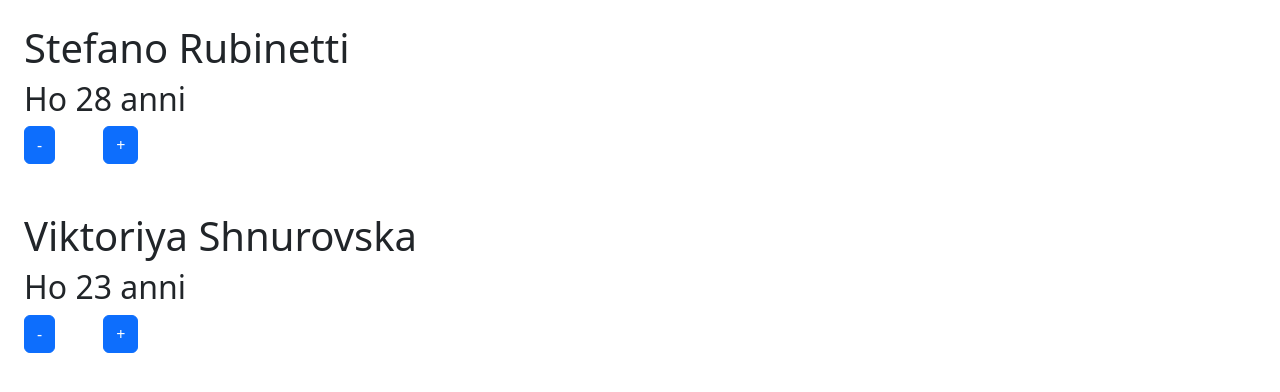
Repository: rubinettiStefano/spieg
Page: /
The author's editor kept a copy of each file at every save. The page is drawn from the files as they stood at one save, then again after a run of saves.
The browser window is 1280 px wide. The pictures show the whole page.
The project was rebuilt for these pictures with package versions that can differ from the ones it lists, and the page was loaded fresh each time. Also part of the build but not shown: src/Subject.jsx.

Above is the page before, as saved 2024-03-27 12:16:04.

### src/App.js
import { useState } from "react";
import Person from "./Person";
import Subject from "./Subject";
import 'bootstrap/dist/css/bootstrap.css';

function App()
{

  let [people,setPeople] =useState([
    {
      name:"Stefano",
      surname:"Rubinetti",
      age:28
    },
    {
      name:"Viktoriya",
      surname:"Shnurovska",
      age:23
    }
  ]);

  return (
    <>
      {people.map(person=><Person {...person}/>)}
    </>
  );
}

export default App;

### src/Person.jsx
import { useState } from "react";

export default function Person(props)
{

    const handleAgeChange = (e)=>
    {
        let elementName = e.target.name;

        if(elementName=="bottoncino-")
        {
            let newMe = {...me};
            newMe.age = me.age-1;
            setMe(newMe);
        }

        if(elementName=="bottoncino+")
        {
            let newMe = {...me};
            newMe.age = me.age+1;
            setMe(newMe);
        }


    }



    return(
        <div className="p-4">
            <h1>{props.name} {props.surname}</h1>

            <h2>Ho {props.age} anni</h2>

            <button name="bottoncino-" className="btn btn-primary" onClick={handleAgeChange}>-</button>
            <button name="bottoncino+" className="btn btn-primary ms-5"  onClick={handleAgeChange}>+</button>
        </div>

    )
}

Loaded but not shown: public/index.html (common file); src/index.js (common file); src/index.css (common file); src/reportWebVitals.js (common file)

After the next 2 saves:
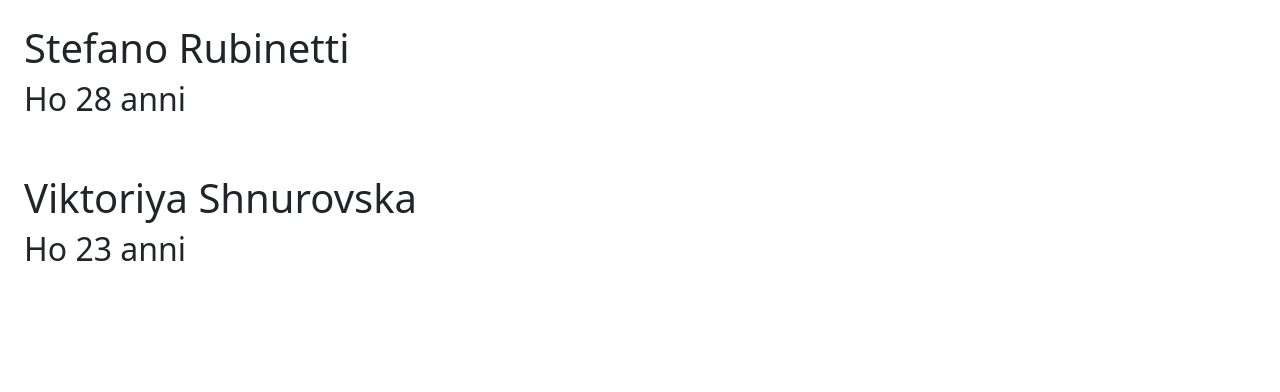
The 2 saves are shown as one change because 1 did not build or start.
The last was saved 27 s later.
--- a/src/Person.jsx
+++ b/src/Person.jsx
@@ -3,26 +3,26 @@
 export default function Person(props)
 {
 
-    const handleAgeChange = (e)=>
-    {
-        let elementName = e.target.name;
+    // const handleAgeChange = (e)=>
+    // {
+    //     let elementName = e.target.name;
 
-        if(elementName=="bottoncino-")
-        {
-            let newMe = {...me};
-            newMe.age = me.age-1;
-            setMe(newMe);
-        }
+    //     if(elementName=="bottoncino-")
+    //     {
+    //         let newMe = {...me};
+    //         newMe.age = me.age-1;
+    //         setMe(newMe);
+    //     }
 
-        if(elementName=="bottoncino+")
-        {
-            let newMe = {...me};
-            newMe.age = me.age+1;
-            setMe(newMe);
-        }
+    //     if(elementName=="bottoncino+")
+    //     {
+    //         let newMe = {...me};
+    //         newMe.age = me.age+1;
+    //         setMe(newMe);
+    //     }
 
 
-    }
+    // }
 
 
 
@@ -32,8 +32,8 @@
 
             <h2>Ho {props.age} anni</h2>
 
-            <button name="bottoncino-" className="btn btn-primary" onClick={handleAgeChange}>-</button>
-            <button name="bottoncino+" className="btn btn-primary ms-5"  onClick={handleAgeChange}>+</button>
+            {/* <button name="bottoncino-" className="btn btn-primary" onClick={handleAgeChange}>-</button>
+            <button name="bottoncino+" className="btn btn-primary ms-5"  onClick={handleAgeChange}>+</button> */}
         </div>
 
     )

After the 5 saves that followed:
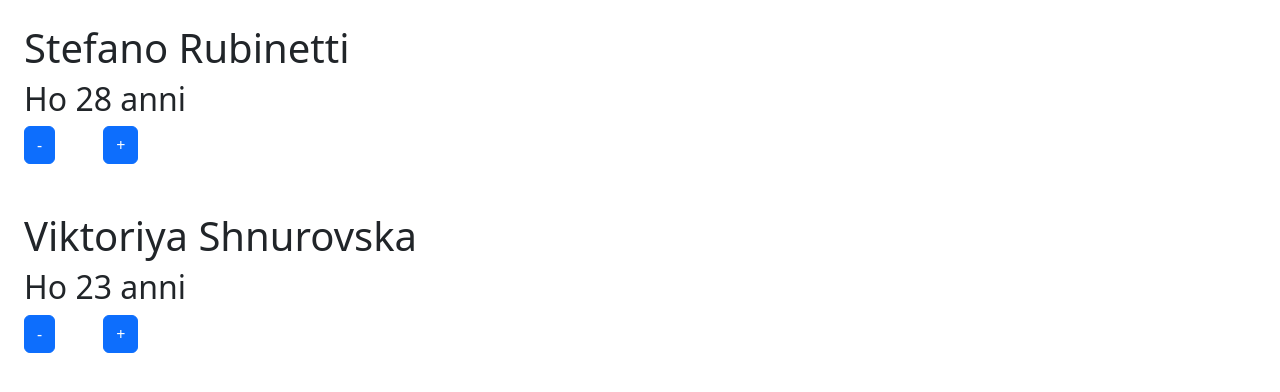
The 5 saves are shown as one change because 4 left the picture as it was.
The last was saved 7 min 43 s later.
--- a/src/App.js
+++ b/src/App.js
@@ -8,20 +8,31 @@ function App()
 
   let [people,setPeople] =useState([
     {
+      id:1,
       name:"Stefano",
       surname:"Rubinetti",
       age:28
     },
     {
+      id:2,
       name:"Viktoriya",
       surname:"Shnurovska",
       age:23
     }
   ]);
 
+  function changeAge(id,newAge)
+  {
+    let clone = [...people];
+    let pos = clone.findIndex(p=>p.id==id);
+    clone[pos].age = newAge;
+    setPeople(clone);
+  }
+
+
   return (
     <>
-      {people.map(person=><Person {...person}/>)}
+      {people.map(person=><Person {...person} changeAge={changeAge}/>)}
     </>
   );
 }
--- a/src/Person.jsx
+++ b/src/Person.jsx
@@ -3,26 +3,22 @@
 export default function Person(props)
 {
 
-    // const handleAgeChange = (e)=>
-    // {
-    //     let elementName = e.target.name;
+    const handleAgeChange = (e)=>
+    {
+        let elementName = e.target.name;
 
-    //     if(elementName=="bottoncino-")
-    //     {
-    //         let newMe = {...me};
-    //         newMe.age = me.age-1;
-    //         setMe(newMe);
-    //     }
+        if(elementName=="bottoncino-")
+        {
+            props.changeAge(props.id,props.age-1);
+        }
 
-    //     if(elementName=="bottoncino+")
-    //     {
-    //         let newMe = {...me};
-    //         newMe.age = me.age+1;
-    //         setMe(newMe);
-    //     }
+        if(elementName=="bottoncino+")
+        {
+            props.changeAge(props.id,props.age+1);
+        }
 
 
-    // }
+    }
 
 
 
@@ -32,8 +28,8 @@
 
             <h2>Ho {props.age} anni</h2>
 
-            {/* <button name="bottoncino-" className="btn btn-primary" onClick={handleAgeChange}>-</button>
-            <button name="bottoncino+" className="btn btn-primary ms-5"  onClick={handleAgeChange}>+</button> */}
+            <button name="bottoncino-" className="btn btn-primary" onClick={handleAgeChange}>-</button>
+            <button name="bottoncino+" className="btn btn-primary ms-5"  onClick={handleAgeChange}>+</button>
         </div>
 
     )
